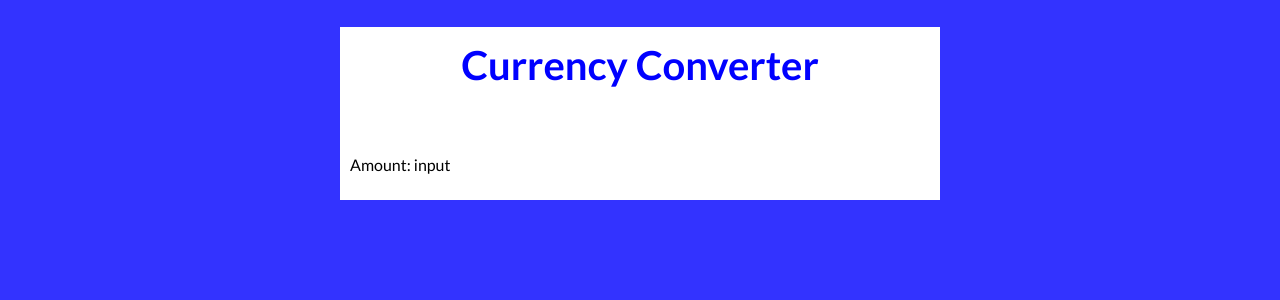
Repository: kkasperczyk/currency-converter
Page: index.html
An editor plug-in stored every save of this project. The page is shown before and after the next save, followed by the edit.
The browser window is 1280 px wide. The pictures show the whole page.

Above is the page before, as saved 2020-06-15 22:16:43.

### index.html
<!DOCTYPE html>
<html lang="en">

<head>
    <meta charset="UTF-8">
    <meta name="viewport" content="width=device-width, initial-scale=1.0">
    <link rel="stylesheet" href="https://cdnjs.cloudflare.com/ajax/libs/normalize/8.0.1/normalize.min.css"
        integrity="sha256-l85OmPOjvil/SOvVt3HnSSjzF1TUMyT9eV0c2BzEGzU=" crossorigin="anonymous" />
    <link rel="stylesheet" href="css/global.css">
    <link rel="stylesheet" href="css/container.css">
    <link rel="stylesheet" href="css/header.css">
    <link rel="stylesheet" href="css/main.css">
    <script defer src="js/script.js"></script>
    <link href="https://fonts.googleapis.com/css2?family=Lato:ital,wght@0,400;0,700;1,400&display=swap" rel="stylesheet">
    <title>Currency Converter</title>
</head>

<body>
    <div class="container">
        <header class="header">
            <h1 class="header__title">Currency Converter</h1>
        </header>
        <main class="main">
            <form class="form">
                <p>
                    <label>
                        Amount:
                        input
                    </label>
                </p>
            </form>
        </main>
    </div>
</body>

</html>

### css/global.css
html {
  box-sizing: border-box;
}

*,
::after,
::before {
  box-sizing: inherit;
}

body {
  font-family: "Lato", sans-serif;
  background-color: hsl(240, 100%, 60%);
}

### css/container.css
.container {
    max-width: 600px;
    margin: 0 auto;
    background-color: white;
}

### css/header.css
.header {
    text-align: center;
}

.header__title {
    color: hsl(240, 100%, 50%);
    padding: 15px;
    font-size: 40px;
}

### css/main.css
.main {
    background-color: white;
    padding: 10px;
}

### js/script.js
console.log("Hi all developers! Nice to see you here.");

After the next save:
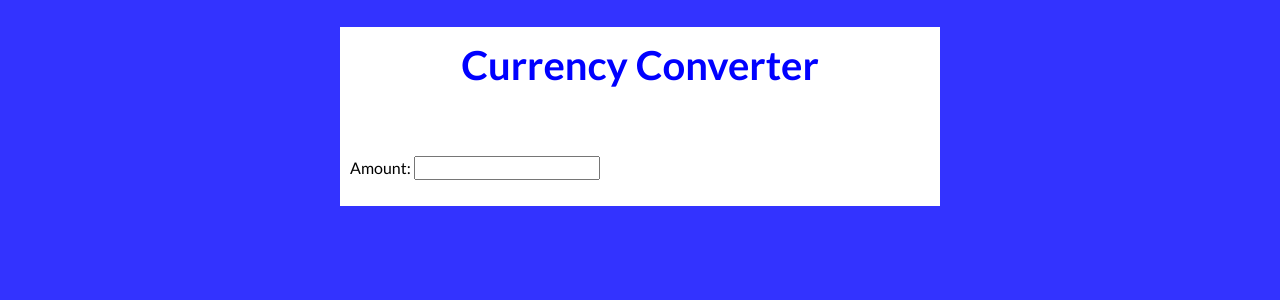
Saved 10 s later.
--- a/index.html
+++ b/index.html
@@ -25,7 +25,7 @@
                 <p>
                     <label>
                         Amount:
-                        input
+                        <input type="number" name="" id="">
                     </label>
                 </p>
             </form>
